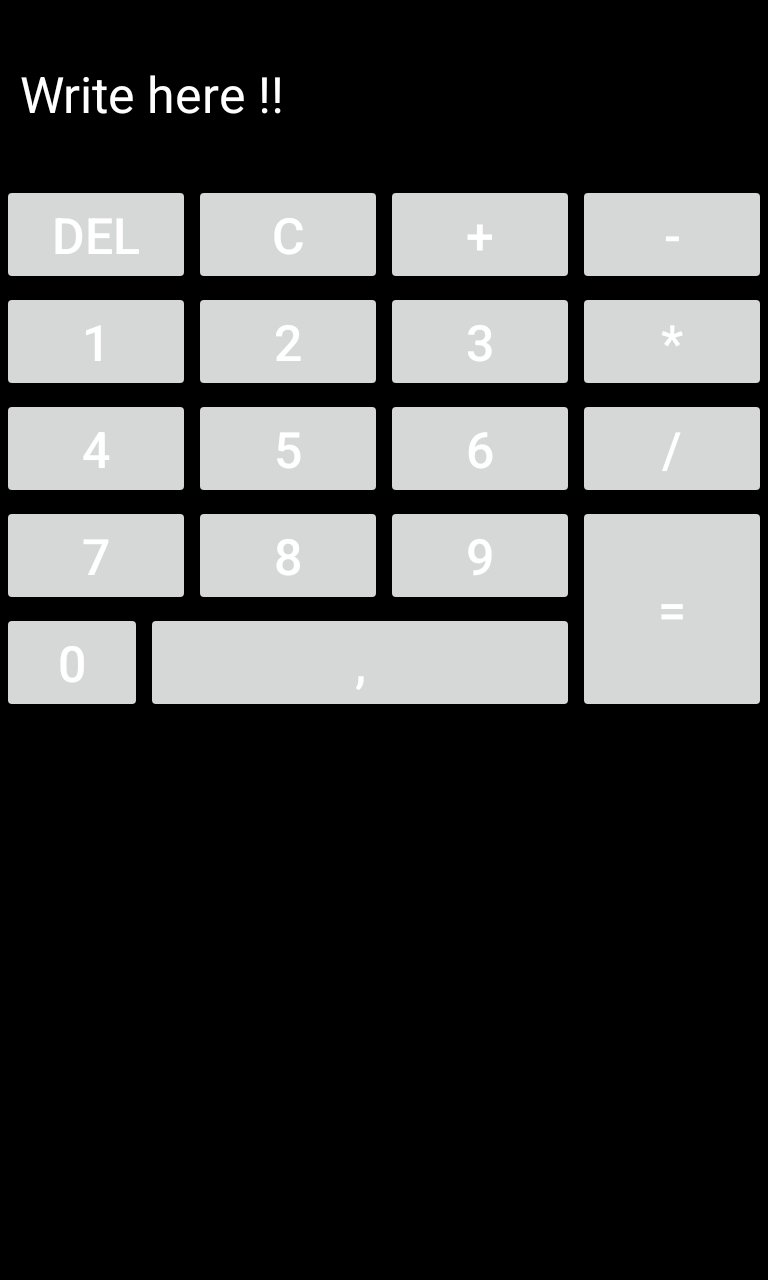
Repository: salihklc/Basic-Android
Layout: complexCalculator/res/layout/activity_main.xml
These files come from the project's save history. The layout is drawn as it stood at one moment and after the next save; the edit follows.
It is drawn on a 768 x 1280 px phone screen (xhdpi) without system bars, with theme AppTheme; the app's code is not run.

Above is the layout before, as saved 2014-10-10 14:10:53.

### complexCalculator/res/layout/activity_main.xml
<LinearLayout xmlns:android="http://schemas.android.com/apk/res/android"
    xmlns:android1="http://schemas.android.com/apk/res/android"
    android:layout_width="match_parent"
    android:layout_height="match_parent"
    android:background="#000"
    android:orientation="vertical" >

<EditText
    android:layout_marginTop="20dp"
    android:layout_marginBottom="20dp"
    android:id="@+id/display"
    android:layout_width="match_parent"
    android:layout_height="wrap_content"
    android:hint=" Write here !!"
    android:textSize="25sp"
    android:textColor="#fff"
    android:textColorHint="#fff"
    />

	<LinearLayout
	    android:layout_width="match_parent"
	    android:layout_height="wrap_content"
	    android:weightSum="100"
	    android1:orientation="horizontal" >

	    <Button
	        android:layout_weight="25"
	        android:id="@+id/DEL"
	        android:layout_height="fill_parent"
	        android:text="@string/DEL"
	        android:textColor="#fff"
	        android:textSize="25sp"
	        />
	    <Button
	        android:layout_weight="25"
	        android:id="@+id/C"
	        android:layout_height="fill_parent"
	        android:text="@string/C"
	        android:textColor="#fff"
	        android:textSize="25sp"
	        />
	    <Button
	        android:layout_weight="25"
	        android:id="@+id/add"
	        android:layout_height="fill_parent"
	        android:text="@string/add"
	        android:textColor="#fff"
	        android:textSize="25sp"
	        />
	    <Button
	        android:layout_weight="25"
	        android:id="@+id/minus"
	        android:layout_height="fill_parent"
	        android:text="@string/minus"
	        android:textColor="#fff"
	        android:textSize="25sp"
	        />

	</LinearLayout>

	<LinearLayout
	    android:layout_width="match_parent"
	    android:layout_height="wrap_content"
	    android:weightSum="100"
	    android1:orientation="horizontal" >

	    <Button
	        android:layout_weight="25"
	        android:id="@+id/one"
	        android:layout_height="fill_parent"
	        android:text="@string/one"
	        android:textColor="#fff"
	        android:textSize="25sp"
	        />
	    <Button
	        android:layout_weight="25"
	        android:id="@+id/two"
	        android:layout_height="fill_parent"
	        android:text="@string/two"
	        android:textColor="#fff"
	        android:textSize="25sp"
	        />
	    <Button
	        android:layout_weight="25"
	        android:id="@+id/three"
	        android:layout_height="fill_parent"
	        android:text="@string/three"
	        android:textColor="#fff"
	        android:textSize="25sp"
	        />
	    <Button
	        android:layout_weight="25"
	        android:id="@+id/mult"
	        android:layout_height="fill_parent"
	        android:text="@string/mult"
	        android:textColor="#fff"
	        android:textSize="25sp"
	        />

	</LinearLayout>

	<LinearLayout
	    android:layout_width="match_parent"
	    android:layout_height="wrap_content"
	    android:weightSum="100"
	    android1:baselineAligned="false"
	    android1:orientation="horizontal" >

	    <Button
	        android:layout_weight="25"
	        android:id="@+id/four"
	        android:layout_height="fill_parent"
	        android:text="@string/four"
	        android:textColor="#fff"
	        android:textSize="25sp"
	        />
	    <Button
	        android:layout_weight="25"
	        android:id="@+id/five"
	        android:layout_height="fill_parent"
	        android:text="@string/five"
	        android:textColor="#fff"
	        android:textSize="25sp"
	        />
	    <Button
	        android:layout_weight="25"
	        android:id="@+id/six"
	        android:layout_height="fill_parent"
	        android:text="@string/six"
	        android:textColor="#fff"
	        android:textSize="25sp"
	        />
	    <Button
	        android:layout_weight="25"
	        android:id="@+id/div"
	        android:layout_height="fill_parent"
	        android:text="@string/div"
	        android:textColor="#fff"
	        android:textSize="25sp"
	        />

	</LinearLayout>

	<LinearLayout
	    android:layout_width="match_parent"
	    android:layout_height="wrap_content"
	    android:baselineAligned="false"
	    android:orientation="horizontal"
	    android:weightSum="100" >

		<LinearLayout
		    android1:layout_weight="75"
		    android:layout_height="fill_parent"
		    android:orientation="vertical" >

		<LinearLayout
		    android:layout_width="match_parent"
		    android:layout_height="wrap_content"
		    android:orientation="horizontal"
		    android:weightSum="99" >

		    <Button
		        android:layout_weight="33"
		        android:id="@+id/seven"
		        android:layout_height="fill_parent"
		        android:text="@string/seven"
		        android:textColor="#fff"
		        android:textSize="25sp"
		        />
		    <Button
		        android:layout_weight="33"
		        android:id="@+id/eight"
		        android:layout_height="fill_parent"
		        android:text="@string/eight"
		        android:textColor="#fff"
		        android:textSize="25sp"
		        />
		    <Button
		        android:layout_weight="33"
		        android:id="@+id/nine"
		        android:layout_height="fill_parent"
		        android:text="@string/nine"
		        android:textColor="#fff"
		        android:textSize="25sp"
		        />


		</LinearLayout>

		<LinearLayout
		    android:layout_width="match_parent"
		    android:layout_height="wrap_content"
		    android:orientation="horizontal"
		    android:weightSum="100" >

			<Button
			    android1:id="@+id/zero"
			    android1:layout_height="fill_parent"
			    android1:layout_weight="25"
			    android1:text="@string/zero"
			    android1:textColor="#fff"
			    android1:textSize="25sp" />

			<Button
			    android1:id="@+id/dot"
			    android1:layout_height="fill_parent"
			    android1:layout_weight="75"
			    android1:text="@string/dot"
			    android1:textColor="#fff"
			    android1:textSize="25sp" />

		</LinearLayout>

	</LinearLayout>

		<LinearLayout
		    android1:layout_height="match_parent"
		    android:layout_gravity="right"
		    android:layout_weight="25"
		    android1:orientation="horizontal" >

		    <Button
		        android1:id="@+id/equ"
		        android1:layout_width="wrap_content"
		        android1:layout_height="fill_parent"
		        android1:layout_weight="5.20"
		        android1:text="@string/equ"
		        android1:textColor="#fff"
		        android1:textSize="25sp" />

		</LinearLayout>

	</LinearLayout>

</LinearLayout>

### complexCalculator/res/values/strings.xml
<?xml version="1.0" encoding="utf-8"?>
<resources>

    <string name="app_name">complexCalculator</string>
    <string name="hello_world">Hello world!</string>
    <string name="action_settings">Settings</string>
    <string name="one">1</string>
	<string name="two">2</string>
	<string name="three">3</string>
	<string name="add">+</string>
	<string name="four">4</string>
	<string name="five">5</string>
	<string name="six">6</string>
	<string name="minus">-</string>
	<string name="seven">7</string>
	<string name="eight">8</string>
	<string name="nine">9</string>
	<string name="mult">*</string>
	<string name="zero">0</string>
	<string name="equ">=</string>
	<string name="div">/</string>
	<string name="dot">,</string>
	<string name="DEL">DEL</string>
	<string name="C">C</string>
</resources>

Loaded but not shown: complexCalculator/res/values/styles.xml (common file); complexCalculator/res/values-v11/styles.xml (common file); complexCalculator/res/values-v14/styles.xml (common file)

After the next save:
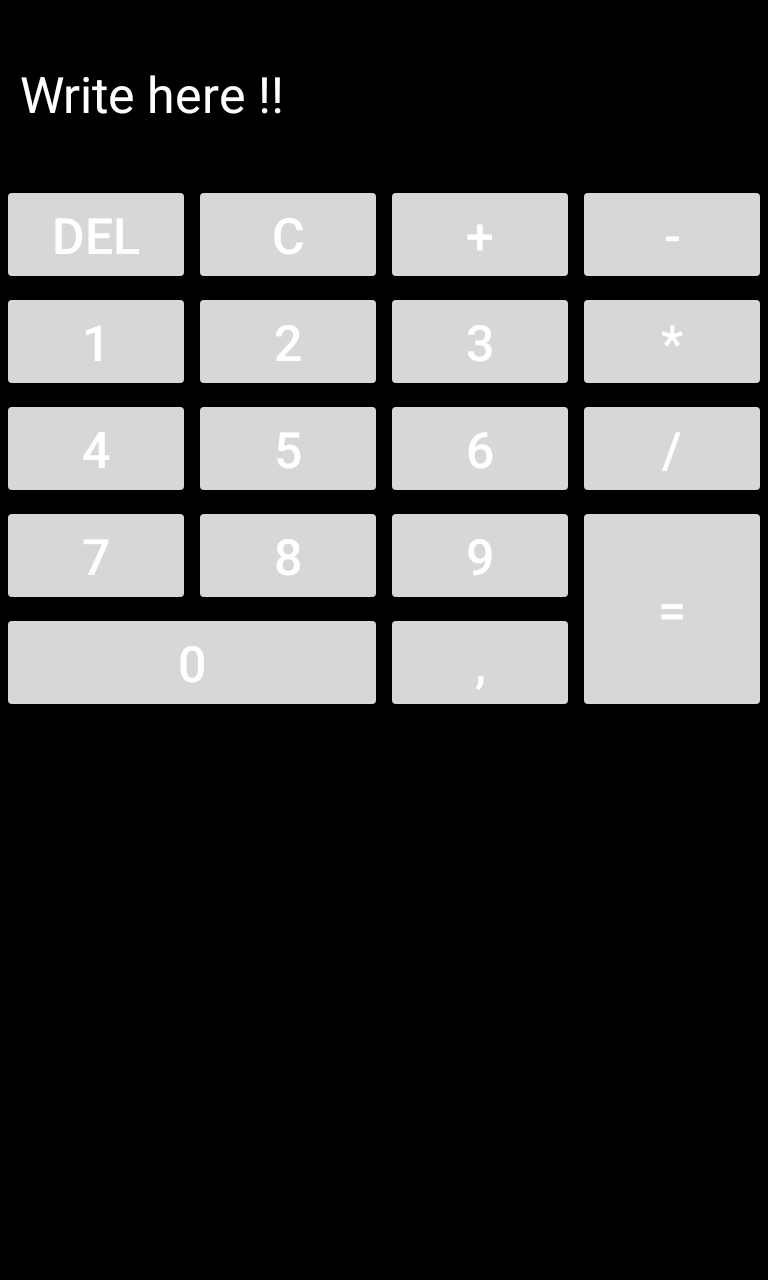
Saved 18 s later.
--- a/complexCalculator/res/layout/activity_main.xml
+++ b/complexCalculator/res/layout/activity_main.xml
@@ -191,12 +191,12 @@
 		    android:layout_width="match_parent"
 		    android:layout_height="wrap_content"
 		    android:orientation="horizontal"
-		    android:weightSum="100" >
+		    android:weightSum="99" >
 
 			<Button
 			    android1:id="@+id/zero"
 			    android1:layout_height="fill_parent"
-			    android1:layout_weight="25"
+			    android1:layout_weight="66"
 			    android1:text="@string/zero"
 			    android1:textColor="#fff"
 			    android1:textSize="25sp" />
@@ -204,7 +204,7 @@
 			<Button
 			    android1:id="@+id/dot"
 			    android1:layout_height="fill_parent"
-			    android1:layout_weight="75"
+			    android1:layout_weight="33"
 			    android1:text="@string/dot"
 			    android1:textColor="#fff"
 			    android1:textSize="25sp" />
